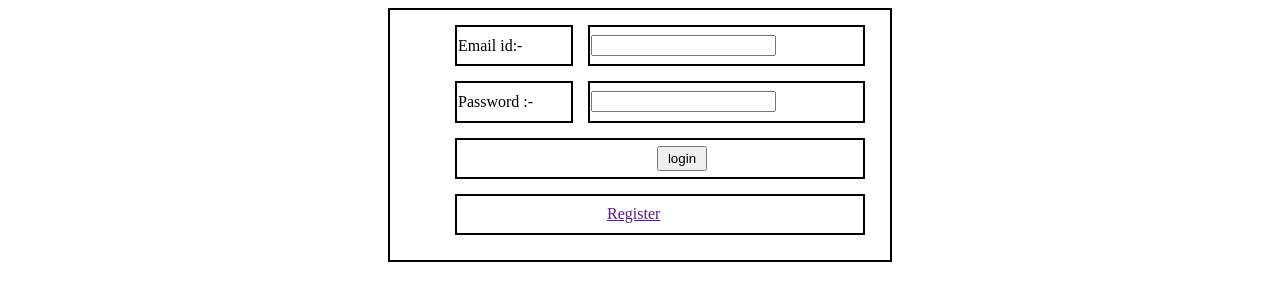
Repository: ShivrajMPujari/ServletApplication
Page: http://localhost/LoginReg/
The author's editor kept a copy of each file at every save. The page is drawn from the files as they stood at one save, then again after the next save.
The browser window is 1280 px wide. The pictures show the whole page.
The page is served by Tomcat 9.

Above is the page before, as saved 2018-07-09 06:17:18.

After the next save:
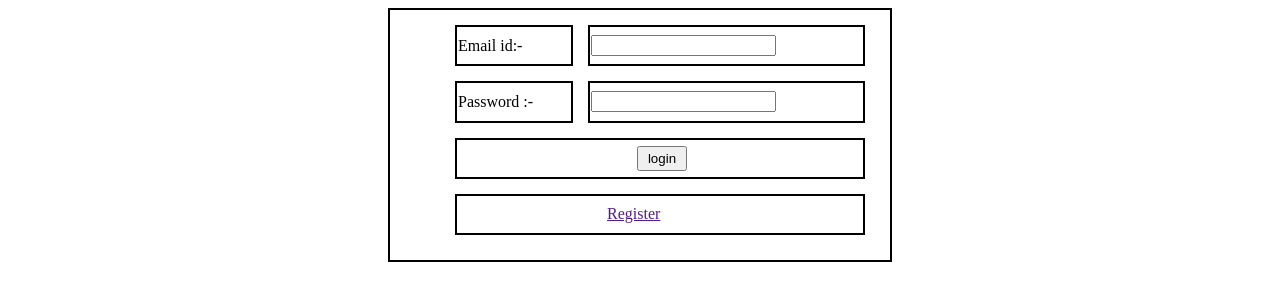
Saved 19 s later.
--- a/LoginReg/WebContent/index.css
+++ b/LoginReg/WebContent/index.css
@@ -18,7 +18,7 @@ tr,td{
 	border:2px solid black;
 }
 .submitButton{
-	padding-left:200px;
+	padding-left:180px;
 
 }
 .btn{
